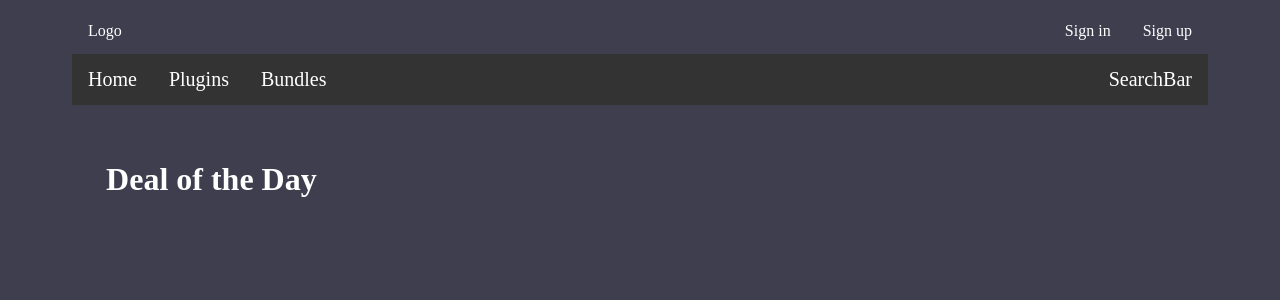
Repository: jigom11791/Wavez
Page: Wavez/Waves-Site/index.html
The author's editor kept a copy of each file at every save. The page is drawn from the files as they stood at one save, then again after the next save.
The browser window is 1280 px wide. The pictures show the whole page.

Above is the page before, as saved 2020-10-30 18:13:38.

### Wavez/Waves-Site/index.html
<!DOCTYPE html>
<html>
<head>
    <title>Waves Price Tracker</title>
    <link rel="stylesheet" href="style.css">
</head>
<body>
    <ul class="header">
        <li><a href="#">Logo</a></li>
        <li class="right"><a href="#">Sign up</a></li>
        <li class="right"><a href="#">Sign in</a></li>
    </ul>

    <ul class="topnav">
        <li><a class="active" href="#">Home</a></li>
        <li><a href="#">Plugins</a></li>
        <li><a href="#">Bundles</a></li>
        <li class="right"><a href="#">SearchBar</a></li>
    </ul>
    <div id="content">
        <h1>Deal of the Day</h1>
    </div>
</body>
</html>

### Wavez/Waves-Site/style.css
@import url('https://fonts.googleapis.com/css2?family=Noto+Sans&family=Noto+Sans+JP&display=swap');
@import url('https://fonts.googleapis.com/css2?family=Noto+Sans&display=swap');

body {
    background-color: #3e3e4f;
    color: white;
    font-style: "Noto sans JP", sans-serif;
    padding: 0% 5%;
}

ul.topnav, ul.header{
    list-style-type: none;
    margin: 0;
    padding: 0;
    overflow: hidden;
    width: 100%;
}
ul.topnav {
    background-color: #333;
    font-size: 20px;
}
ul.topnav li, ul.header li{
    float: left;
}
ul.topnav li.right, ul.header li.right{
    float: right;
}
ul.topnav li a, ul.header li a {
    display: block;
    color: white;
    text-align: center;
    padding: 14px 16px;
    text-decoration: none;
}
ul.topnav li a:hover{
    background-color: #111;
}
#content {
    padding: 3%;
}

After the next save:
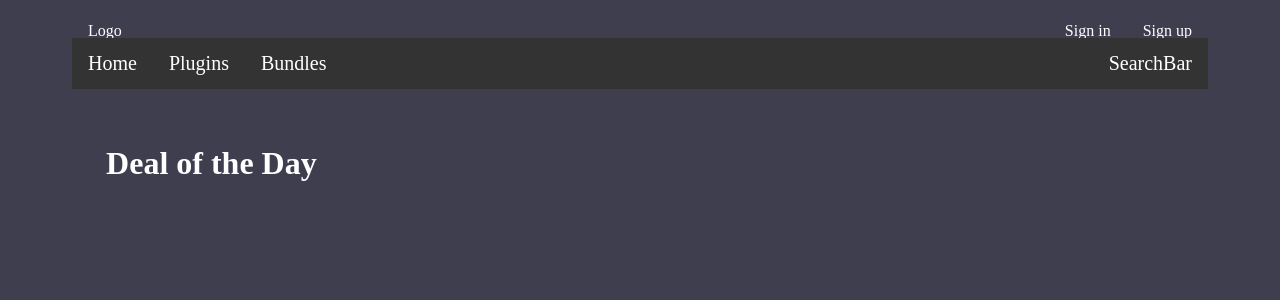
Saved 81 s later.
--- a/Wavez/Waves-Site/style.css
+++ b/Wavez/Waves-Site/style.css
@@ -14,6 +14,9 @@ ul.topnav, ul.header{
     padding: 0;
     overflow: hidden;
     width: 100%;
+}
+.header {
+    height: 30px;
 }
 ul.topnav {
     background-color: #333;
